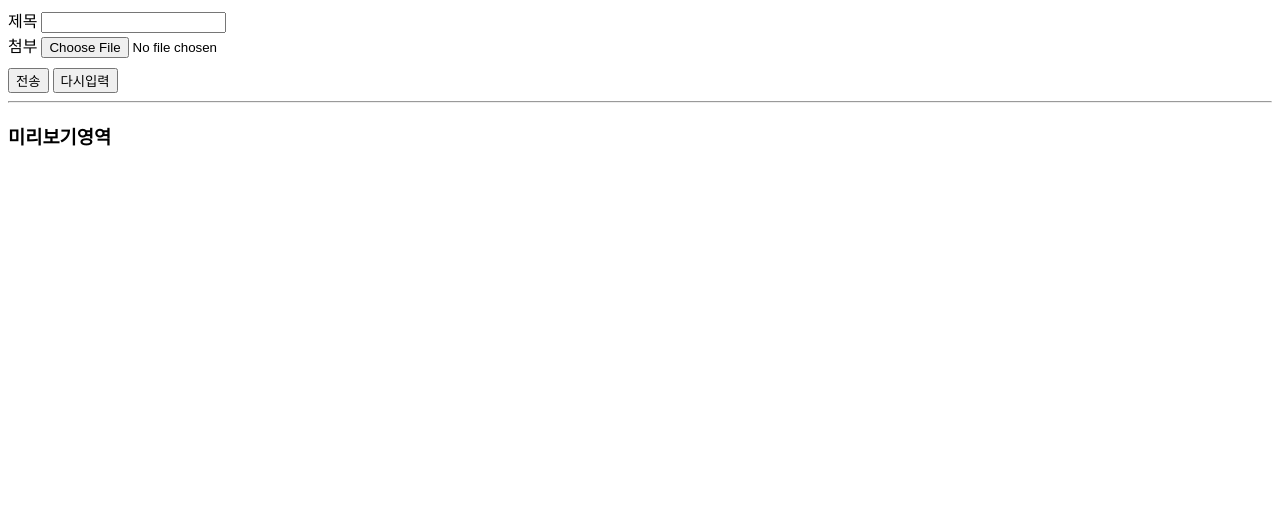
Repository: choi-hongsuk/jspstudy
Page: 01_servlet/src/main/webapp/pkg06_upload/NewFile.html
These files come from the project's save history. The page is drawn as it stood at one moment and after the next save; the edit follows.
The browser window is 1280 px wide. The pictures show the whole page.

Above is the page before, as saved 2024-02-29 02:46:04.

After the next save:
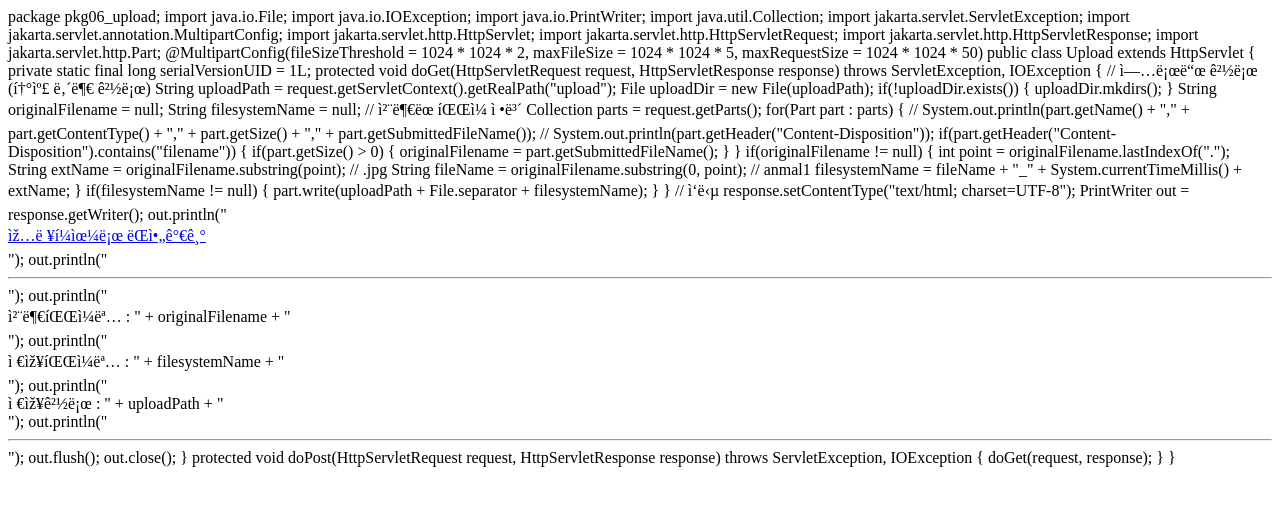
Saved 33 s later.
--- a/01_servlet/src/main/webapp/pkg06_upload/NewFile.html
+++ b/01_servlet/src/main/webapp/pkg06_upload/NewFile.html
@@ -1,83 +1,76 @@
-<!DOCTYPE html>
-<html>
-<head>
-<meta charset="UTF-8">
-<title>Insert title here</title>
-<script src="https://code.jquery.com/jquery-3.7.1.min.js" integrity="sha256-/JqT3SQfawRcv/BIHPThkBvs0OEvtFFmqPF/lYI/Cxo=" crossorigin="anonymous"></script>
-<style>
-  .btn-wrap {
-    margin-top: 10px;
-  }
-</style>
-</head>
-<body>
+package pkg06_upload;
 
-  <form id="frm"
-        method="POST"
-        action="/servlet/upload"
-        enctype="multipart/form-data">
+import java.io.File;
+import java.io.IOException;
+import java.io.PrintWriter;
+import java.util.Collection;
 
-    <div class="inp-wrap">
-      <label for="title">제목</label>
-      <input type="text" name="title" id="title">
-    </div>
-    <div class="inp-wrap">
-      <label for="file">첨부</label>
-      <input type="file" name="file" id="file">
-    </div>
-    <div class="btn-wrap">
-      <button type="submit">전송</button>
-      <button type="reset">다시입력</button>
-    </div>
+import jakarta.servlet.ServletException;
+import jakarta.servlet.annotation.MultipartConfig;
+import jakarta.servlet.http.HttpServlet;
+import jakarta.servlet.http.HttpServletRequest;
+import jakarta.servlet.http.HttpServletResponse;
+import jakarta.servlet.http.Part;
 
-  </form>
+@MultipartConfig(fileSizeThreshold = 1024 * 1024 * 2,
+                 maxFileSize = 1024 * 1024 * 5,
+                 maxRequestSize = 1024 * 1024 * 50)
 
-  <hr>
+public class Upload extends HttpServlet {
 
-  <div id="preview">
-    <h3>미리보기영역</h3>
-  </div>
+  private static final long serialVersionUID = 1L;
 
-  <script>
+  protected void doGet(HttpServletRequest request, HttpServletResponse response) throws ServletException, IOException {
 
-    function isOversize(file) {
-      const limit = 1024 * 1024 * 5;
-      return file.size > limit;
+    // 업로드 경로 (톰캣 내부 경로)
+    String uploadPath = request.getServletContext().getRealPath("upload");
+    File uploadDir = new File(uploadPath);
+    if(!uploadDir.exists()) {
+      uploadDir.mkdirs();
     }
 
-    function isImage(file) {
-      const contentType = file.type;
-      return contentType.startsWith('image');
+    String originalFilename = null;
+    String filesystemName = null;
+
+    // 첨부된 파일 정보
+    Collection<Part> parts = request.getParts();
+    for(Part part : parts) {
+      // System.out.println(part.getName() + "," + part.getContentType() + "," + part.getSize() + "," + part.getSubmittedFileName());
+      // System.out.println(part.getHeader("Content-Disposition"));
+      if(part.getHeader("Content-Disposition").contains("filename")) {
+        if(part.getSize() > 0) {
+          originalFilename = part.getSubmittedFileName();
+        }
+      }
+      if(originalFilename != null) {
+        int point = originalFilename.lastIndexOf(".");
+        String extName = originalFilename.substring(point);      // .jpg
+        String fileName = originalFilename.substring(0, point);  // anmal1
+        filesystemName = fileName + "_" + System.currentTimeMillis() + extName;
+      }
+      if(filesystemName != null) {
+        part.write(uploadPath + File.separator + filesystemName);
+      }
     }
 
-    function preview(file) {
-      const fileReader = new FileReader();
-      fileReader.readAsDataURL(file);
-      fileReader.addEventListener('load', (evt)=>{
-        // console.log(evt.target);
-        document.getElementById('preview').innerHTML = `<h3>미리보기영역</h3><div><img src="${evt.target.result}" width="50px"></div>`;
-      })
-    }
+    // 응답
+    response.setContentType("text/html; charset=UTF-8");
+    PrintWriter out = response.getWriter();
+    out.println("<div><a href=\"/servlet/pkg06_upload/NewFile.html\">입력폼으로 돌아가기</a></div>");
+    out.println("<hr>");
+    out.println("<div>첨부파일명 : " + originalFilename + "</div>");
+    out.println("<div>저장파일명 : " + filesystemName + "</div>");
+    out.println("<div>저장경로 : " + uploadPath + "</div>");
+    out.println("<hr>");
 
-    function checkFile(inp) {
-      if(isOversize(inp.files[0])){
-        alert('첨부 파일의 최대 크기는 5MB입니다.');
-        inp.value = '';
-        return;
-      }
-      if(!isImage(inp.files[0])){
-        alert('이미지 파일만 첨부할 수 있습니다.');
-        inp.value = '';
-        return;
-      }
-      preview(inp.files[0]);
-    }
 
-    document.getElementById('file').addEventListener('change', (evt)=>{
-      checkFile(evt.target);
-    })
+    out.flush();
+    out.close();
 
-  </script>
+  }
 
-</body>
-</html>
+  protected void doPost(HttpServletRequest request, HttpServletResponse response) throws ServletException, IOException {
+    doGet(request, response);
+  }
+
+}
